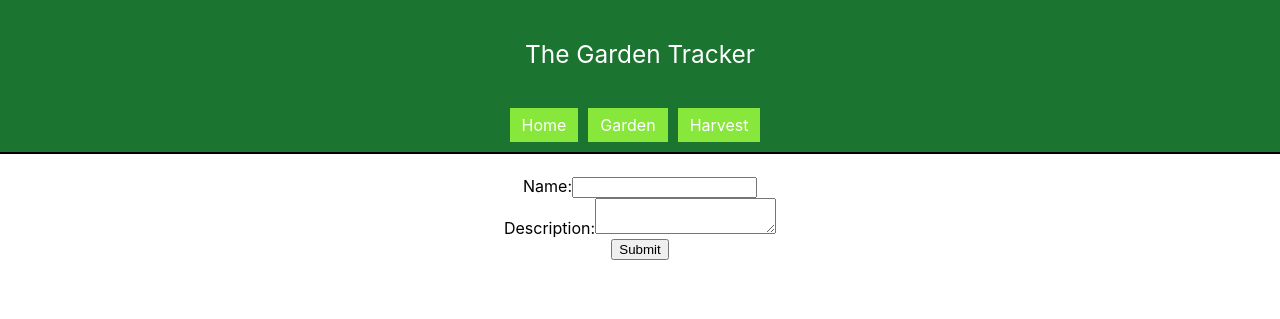
Repository: charliejp0311/ReactReduxFinal
Page: /garden (app in gardentracker/)
These files come from the project's save history. The page is drawn as it stood at one moment and after the next save; the edit follows.
The browser window is 1280 px wide. The pictures show the whole page.
The page's requests for data from a server got no answer. The project was rebuilt for these pictures with package versions that can differ from the ones it lists, and the page was loaded fresh each time. No one was signed in, and anything a server would have sent is missing. Also part of the build but not shown: gardentracker/src/containers/GardenbookContainer.js, gardentracker/src/components/GardenPlant.js, gardentracker/src/components/HarvestPlant.js, gardentracker/src/containers/HarvestContainer.js, gardentracker/src/components/UpdatePlantForm.js, gardentracker/src/components/NoteForm.js, gardentracker/src/components/noteList.js, gardentracker/src/containers/PlantContainer.js and 1 more.

Above is the page before, as saved 2020-11-12 09:25:15.

### gardentracker/src/index.js
import React from 'react';
import ReactDOM from 'react-dom';
//style
import './index.css';
//APP
import App from './containers/App';
//Reducer
import reducer from './redux/index'
//router
import { BrowserRouter } from "react-router-dom";
//store and middleware
import { Provider } from 'react-redux';
import { applyMiddleware, createStore } from 'redux';
import { composeWithDevTools } from 'redux-devtools-extension';
import thunk from 'redux-thunk';

const store = createStore(reducer, composeWithDevTools(
  applyMiddleware(thunk),
));


ReactDOM.render(
  <Provider store={store}>
    <BrowserRouter>
      <App />
    </BrowserRouter>
  </Provider>,
  document.getElementById('root')
);

### gardentracker/src/containers/App.js
import React,{Component} from 'react';
import '../App.css';
import { connect } from 'react-redux';
import {startSetGardenbook} from '../redux/actions';
import {Switch,Route} from 'react-router-dom';
import GardenbookContainer from './GardenbookContainer';
import GardenContainer from './GardenContainer';
import HarvestContainer from './HarvestContainer';
import PlantContainer from './PlantContainer';
import NavBar from '../components/Navbar';
import HarvestedPlant from '../components/HarvestedPlant';

class App extends Component {


  componentDidMount(){
    this.props.startSetGardenbook();

  };

  render(){
    return (
      <div className="App">
          <header className="App-header">
            The Garden Tracker
          </header>
          <NavBar />
          <Switch>
            <Route exact path='/' render={(props)=><GardenbookContainer {...props} />} />
            <Route exact path='/garden' render={(props)=><GardenContainer {...props} />}/>
            <Route exact path='/harvest' render={(props)=><HarvestContainer {...props}/>}/>
            <Route exact path='/plants/:id' render={(props)=><PlantContainer {...props}  />}/>
            <Route exact path='/harvested_plant/:id' render={props=><HarvestedPlant {...props} />} />
          </Switch>
      </div>
    );
  };
}

export default connect(null, {startSetGardenbook})(App);

### gardentracker/src/redux/index.js
import { combineReducers } from 'redux';
import garden from './GardenReducer'

export default combineReducers({
    garden
})

### gardentracker/src/App.css
.App {
  text-align: center;
}

.App-logo {
  height: 40vmin;
  pointer-events: none;
}

@media (prefers-reduced-motion: no-preference) {
  .App-logo {
    animation: App-logo-spin infinite 20s linear;
  }
}

.App-header {
  background-color: #1b7531;
  min-height: 15vh;
  display: flex;
  flex-direction: column;
  align-items: center;
  justify-content: center;
  font-size: calc(10px + 2vmin);
  color: white;
}
.sidenav {
  height: 100%;
  /* 100% Full-height */
  width: 0;
  /* 0 width - change this with JavaScript */
  position: fixed;
  /* Stay in place */
  z-index: 1;
  /* Stay on top */
  top: 0;
  /* Stay at the top */
  left: 0;
  background-color: #111;
  /* Black*/
  overflow-x: hidden;
  /* Disable horizontal scroll */
  padding-top: 60px;
  /* Place content 60px from the top */
  transition: 0.5s;
  /* 0.5 second transition effect to slide in the sidenav */
}

/* The navigation menu links */
.sidenav a {
  padding: 8px 8px 8px 32px;
  text-decoration: none;
  font-size: 25px;
  color: #818181;
  display: block;
  transition: 0.3s;
}

/* When you mouse over the navigation links, change their color */
.sidenav a:hover {
  color: #f1f1f1;
}

/* Position and style the close button (top right corner) */
.sidenav .closebtn {
  position: absolute;
  top: 0;
  right: 25px;
  font-size: 36px;
  margin-left: 50px;
}

/* Style page content - use this if you want to push the page content to the right when you open the side navigation */
#main {
  transition: margin-left .5s;
  padding: 20px;
}

/* On smaller screens, where height is less than 450px, change the style of the sidenav (less padding and a smaller font size) */
@media screen and (max-height: 450px) {
  .sidenav {
    padding-top: 15px;
  }

  .sidenav a {
    font-size: 18px;
  }
}

ul {
  list-style: none;
}

.garden div {
  column-count: auto;
}
.App-link {
  color: #beebf8;
}

.garden {
  display: grid;
  grid-template-columns: 3fr;
  grid-template-rows: auto;
  grid-gap: 25px;
  padding-top: 10px;
  padding-bottom: 30px;
}

.plant {
  height: auto;
  width: auto;
  box-shadow: 10px 10px grey;
  padding: 10px;
  border-radius: 10px;
}

.navBar a:link,
.navBar a:visited {
  background-color: #88e73b;
  color: white;
  padding: 7px 12px;
  text-align: center;
  text-decoration: none;
  display: inline-block;
}

.navBar a:hover,
.navBar a:active {
  background-color: #1b7531;
}

@keyframes App-logo-spin {
  from {
    transform: rotate(0deg);
  }
  to {
    transform: rotate(360deg);
  }
}

### gardentracker/src/redux/actions.js

export const startSetGardenbook = () => {
    return(dispatch, getState)=>{
        fetch('http://localhost:3001/gardenbooks/1')
            .then(resp=>resp.json())
            .then(data=> dispatch(setGardenbook(data)))
    };
};

export const startAddPlant = (plantData={}) => {
    const {name,description,gardenbook_id} = plantData;
    const plant ={
        name,
        description,
        gardenbook_id,
    };
    let configObj = {
        method: "POST",
        headers: {
            "Content-Type": "application/json",
            "Accept": "application/json"
        },
        body: JSON.stringify(plant)
    };
    return (dispatch, getState) =>{
        fetch(`http://localhost:3001/plants`, configObj )
        .then(resp=>resp.json())
        .then(json=>dispatch(addPlant(json)))
    };
};

export const startUpdatePlant = (plantData={}) => {
    const {name,description,gardenbook_id, id, growing} = plantData;
    const plant ={
        id,
        name,
        description,
        gardenbook_id,
        growing,
    };
    let configObj = {
        method: "PATCH",
        headers: {
            "Content-Type": "application/json",
            "Accept": "application/json"
        },
        body: JSON.stringify(plant)
    };
    return (dispatch, getState) =>{
        fetch(`http://localhost:3001/plants/${plant.id}`, configObj )
        .then(resp=>resp.json())
        .then(json=>dispatch(updatePlant(json)))
    };
};

export const startDeletePlant = (plantData={}) => {
    const {name,description,gardenbook_id, id, growing} = plantData;
    const plant ={
        id,
        name,
        description,
        gardenbook_id,
        growing,
    };
    let configObj = {
        method: "DELETE",
        headers: {
            "Content-Type": "application/json",
            "Accept": "application/json"
        },
        body: JSON.stringify(plant)
    };
    return (dispatch, getState) =>{
        fetch(`http://localhost:3001/plants/${plant.id}`, configObj )
        .then(resp=>resp.json())
        .then(json=>dispatch(deletePlant(json)))
    };
};
export const startDeleteNote = (id = '') => {
    const note = {
        id: id,
    }
    let configObj = {
        method: "DELETE",
        headers: {
            "Content-Type": "application/json",
            "Accept": "application/json"
        },
        body: JSON.stringify(note),
    };
    return (dispatch, getState) =>{
        fetch(`http://localhost:3001/notes/${note.id}`, configObj )
        .then(resp=>resp.json())
        .then(json=>dispatch(deleteNote(json)))
    };
};

export const startAddNote = (noteData={}) => {
    const {note,plant_id,gardenbook_id,actionId} = noteData;
    const newNote ={
        note,
        plant_id,
        gardenbook_id,
        action_id: actionId
    };
    let configObj = {
        method: "POST",
        headers: {
            "Content-Type": "application/json",
            "Accept": "application/json"
        },
        body: JSON.stringify(newNote)
    };
    return (dispatch, getState) =>{
        fetch(`http://localhost:3001/notes`, configObj )
        .then(resp=>resp.json())
        .then(json=>dispatch(addNote(json)))
    };
};

export const setGardenbook = (book)=>{
    return{
        type: "SET_GARDENBOOK",
        book
    }
}


//PLANTS
export const addPlant = (plant) => {
    return {type: 'ADD_PLANT',plant}
}
export const updatePlant = (plant) =>{
    return {type: 'UPDATE_PLANT',plant}
}
export const deletePlant = (plant) => {
    return {type: 'DELETE_PLANT',plant}
}
export const harvestPlant = (plant) => {
    return {type: 'HARVEST_PLANT',plant}
}

////NOTES

export const addNote = (note) => {
    return {type: 'ADD_NOTE',note}
}
export const deleteNote = (note) => {
    return {type: 'DELETE_NOTE',note}
}

### gardentracker/src/containers/GardenContainer.js
import React,{Component} from 'react';
import {connect} from 'react-redux';
import  PlantForm  from "../components/PlantForm";
import  PlantList  from "../components/PlantList";
import {SideNav} from '../components/sideNav'


class GardenContainer extends Component{

    render(){
        const plant = {}
        return(
        <div className='garden'>
            {/* <SideNav key={this.props.id} /> */}
            {this.props.SideNav(this.props.garden)}
            <PlantForm plant={plant} gardenbook_id={this.props.id} />
            <PlantList garden={this.props.garden} notes={this.props.notes}/>
        </div>
        );
    };
};

const mapStateToProps = state => {
    return{
        id: state.garden.id,
        garden: state.garden.garden,
        notes: state.garden.notes
    }
}

export default connect(mapStateToProps,{SideNav})(GardenContainer);

### gardentracker/src/components/Navbar.js
import React from 'react';
import { NavLink } from 'react-router-dom';

const NavBar = () => {
  return (
    <div className='navBar' style={{ borderBottom: '2px solid black', paddingBottom: '10px', marginBottom: '12px', background: '#1b7531' }}>
      <NavLink
        style={{ marginRight: '10px' }}
        to="/"
      >
        Home
      </NavLink>
      <NavLink
        style={{ marginRight: '10px' }}
        to="/garden"
      >
        Garden
      </NavLink>
      <NavLink
        style={{ marginRight: '10px' }}
        to="/harvest"
      >
        Harvest
      </NavLink>
    </div>
  );
}

export default NavBar;

### gardentracker/src/redux/GardenReducer.js
export default function garden (state = {
    id: '',
    garden: [],
    harvest: [],
    notes: [],
    actions: []
},action){
    switch (action.type) {
        case 'SET_GARDENBOOK':
            let parts = action.book.included
            let gl = []
            let hl = []
            let nl = []
            let al = []
            parts.forEach(part => {
                switch (part.type) {
                    case "action":
                        al.push(part.attributes)
                        break;
                    case "note":
                        nl.push(part.attributes)

                        break;
                    case "plant":
                        if(part.attributes.growing){
                            gl.push(part.attributes)
                        } else {
                            hl.push(part.attributes)
                        }
                        break;

                    default:
                        break;
                }
            });
            return {
                id: action.book.data.id,
                notes: nl,
                garden: gl,
                harvest: hl,
                actions: al,
            };

        case 'ADD_PLANT':
            return {
                ...state,
                garden: state.garden.concat({name: action.plant.name})
            };
        case 'UPDATE_PLANT':
            const plant = action.plant.data.attributes
            const {garden} = state
            const newG = garden.slice(0,plant.id-1)
            newG.push(plant, ...garden.slice(plant.id,garden.length))

            return {
                ...state,
                garden: newG,
            };
        case 'ADD_NOTE':
            const notesData = action.note.data
            const actionsData = action.note.included
            const actions = actionsData.map(action=>{return(action.attributes)})
            const notes = notesData.map(note=>{return(note.attributes)})
            return {
                ...state,
                notes: notes,
                actions: actions,
            };

        case 'DELETE_PLANT':
            const plants = action.plant.included;
            const freshGarden = plants.filter(plant=>plant.attributes.growing ? plant.attributes : null)

            return {
                ...state,
                garden: freshGarden.flat(),
            };
        case 'DELETE_NOTE':
            const allNotes = action.note.included;
            const ns = allNotes.map(note=>{return(note.attributes)});

            return {
                ...state,
                notes: ns,
            };

        case 'HARVEST_PLANT':
            let p = state.plants.filter(plant=>plant.name===action.plant.name) ;
            let inTheGarden = state.plants.filter(plant=>plant.name!==action.plant.name);
            return{
                ...state,
                plants: inTheGarden,
                harvest: state.harvest.concat(p),
            };

        default:
            return state;
    };
};

### gardentracker/src/components/plantForm.js
import React,{Component} from "react";
import { connect } from "react-redux";
import { startAddPlant } from '../redux/actions'
import {startSetGardenbook} from '../redux/actions';

class PlantForm extends Component {
    constructor(props){
        // console.log(props)
        super(props);
        this.state = {
            name: '',
            description: '',
        }
    }
    handleChange=e=>{
      switch (e.target.name) {
        case 'name':
            this.setState({
                ...this.state,
                name: e.target.value
            })
            break;
        case 'description':
            this.setState({
                ...this.state,
                description: e.target.value
            });
            break;
        default:
            break;
      };
    };

    handleSubmit=e=>{
        e.preventDefault();
        this.props.startAddPlant({...this.state, gardenbook_id: this.props.gardenbook_id})
        this.setState({
            ...this.state,
            name: "",
            description: "",
        });
        this.props.startSetGardenbook();
    };
    render(){
        return(
            <form onSubmit={this.handleSubmit}>
                <label htmlFor='name' >
                    Name:
                    <input type='text' name='name' onChange={this.handleChange} value={this.state.name}/>
                </label><br />
                <label htmlFor='description' >
                    Description:
                    <textarea name='description' onChange={this.handleChange} value={this.state.description}/>
                </label><br />
                <input type='submit' />
            </form>
        );
    };
};


export default connect(null,{startAddPlant, startSetGardenbook})(PlantForm);

### gardentracker/src/components/plantList.js
import React, { Component } from "react";
import {connect} from 'react-redux';
import GardenPlant from "./GardenPlant";
import HarvestPlant from "./HarvestPlant";

class PlantList extends Component{
    testHarvest(){
        let plants = []
        if (this.props.garden) {
            plants = this.props.garden.map(plant=><GardenPlant key={plant.id} plant={plant} />)
        }else{
            plants = this.props.harvest.map(plant=><HarvestPlant key={plant.id} plant={plant} />)
        }
        return plants;
    }

    render(){
        return(
            <div>{this.testHarvest()}</div>
        );
    };
};

export default connect(null)(PlantList);

### gardentracker/src/components/sideNav.js
import React from 'react';

export const SideNav=(pl)=>{
    const linkList = pl.map(plant=>{return(<a key={plant.id} href={`/plants/${plant.id}`}>{plant.name}</a>)})
    ///i want this to be either the plant list in the garden or the plant list in the harvest
    //should ge as props a list of plant id's
    return(
        <div id='side-Bar' className='sidenav'>
            {linkList}
        </div>
    );
};

Loaded but not shown: gardentracker/public/index.html (common file); gardentracker/src/index.css (common file)

After the next save:
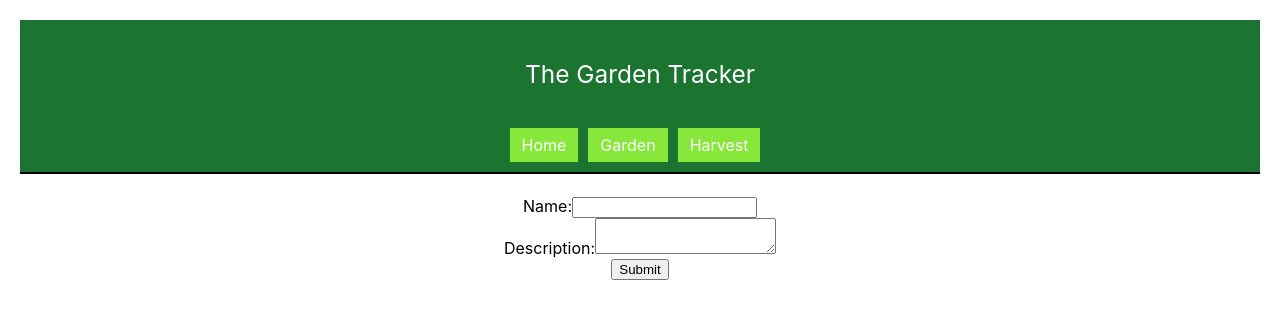
Saved 44 s later.
--- a/gardentracker/src/App.css
+++ b/gardentracker/src/App.css
@@ -1,5 +1,7 @@
 .App {
   text-align: center;
+  transition: margin-left .5s;
+  padding: 20px;
 }
 
 .App-logo {
@@ -71,8 +73,7 @@
 
 /* Style page content - use this if you want to push the page content to the right when you open the side navigation */
 #main {
-  transition: margin-left .5s;
-  padding: 20px;
+
 }
 
 /* On smaller screens, where height is less than 450px, change the style of the sidenav (less padding and a smaller font size) */
